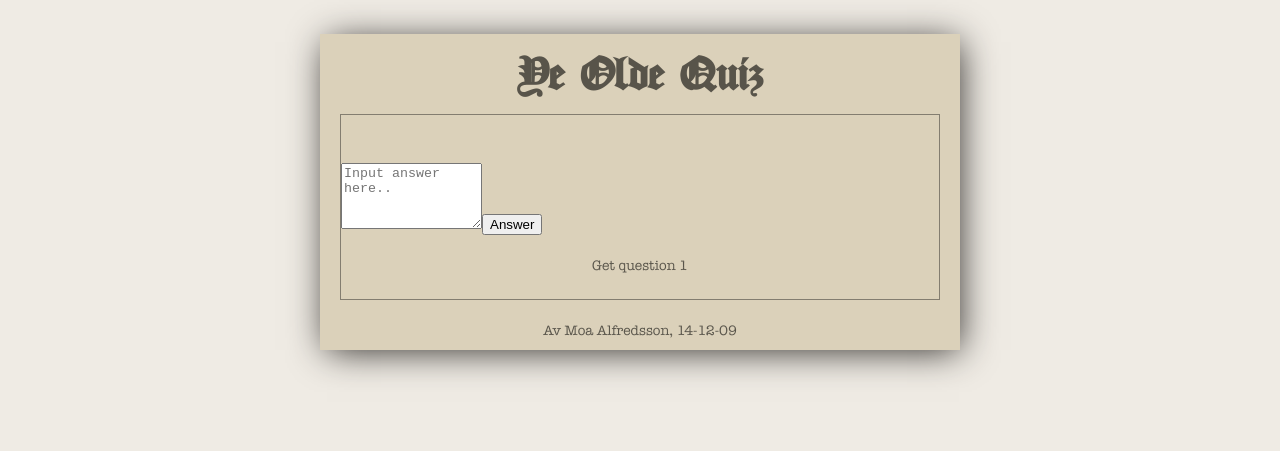
Repository: ma223md/1dv403-laborationer
Page: 4-thequiz/index.html
The author's editor kept a record of every edit. The page is drawn from the files as they stood at one moment, then again after the next edit.
The browser window is 1280 px wide. The pictures show the whole page.
After loading, the first visible `#startButton` was clicked once.
The page's requests for data from a server got no answer.

Above is the page before.

### 4-thequiz/index.html
<!DOCTYPE html>
<html>
    <head>
        <meta charset="UTF-8" />
        <link rel="stylesheet" href="css/quizstyle.css" />
        <script src="js/quiz.js"></script>
        <title>Ye Olde Quiz</title>
    </head>

    <body>
        <div id="container">
            <header>
                <h1>Ye Olde Quiz</h1>
            </header>
            <main>
                <div id="quizarea"></div>
                <p>Get question 1</p>
            </main>
            <footer>
                <p>Av Moa Alfredsson, 14-12-09</p>
            </footer>
        </div>
    </body>
</html>

### 4-thequiz/css/quizstyle.css
@font-face {
    font-family: headline;
    src: url(../fonts/OldLondon.ttf);
}

@font-face {
    font-family: article;
    src: url(../fonts/linowrite.ttf);
}

body
{
    background-color: #efebe4;
}

header h1 {
    text-align: center;
    padding-top: 15px;
    color: #58544A;
    font-family: headline;
    font-size: 50px;
}

#container {
    display: block;
    margin-left: auto;
    margin-right: auto;
    width: 600px;
    background-color: #dbd1ba;
    padding-left: 20px;
    padding-right: 20px;
    -webkit-box-shadow: 3px 4px 35px -4px rgba(38,35,32,1);
    -moz-box-shadow: 3px 4px 35px -4px rgba(38,35,32,1);
    box-shadow: 3px 4px 35px -4px rgba(38,35,32,1);
}

main {
    border-style: solid;
    border-width: 1px;
    border-color: #837D70;
}

p {
    font-family: article;
    font-size: 14px;
    text-align: center;
    padding-top: 10px;
    padding-bottom: 10px;
    padding-left: 20px;
    padding-right: 20px;
    color: #58544A;
    word-wrap: break-word;
}

#startButton {
    display: block;
    margin-left: auto;
    margin-right: auto;
    margin-bottom: 20px;
    font-family: article;
    background-color: #E2DAC8;
}

footer {
    font-size: 12px;
}

### 4-thequiz/js/quiz.js
"use strict";

// create quiz
function Quiz(){
    //define variables
    var qArray = [],
    qCounter = 0,
    aCounter = 0,
    form,
    questionText,
    inputArea,
    inputButton;

    // get quizboard
    var quizBoard = document.getElementById("quizarea"),

    // create start page elements
    startButton = document.createElement("input"),
    welcomeText = document.createElement("p");

    //set attributes for new elements
    startButton.setAttribute("type", "button");
    startButton.setAttribute("id", "startButton");
    startButton.setAttribute("value", "Start Quiz");

    // render new elements
    quizBoard.appendChild(welcomeText);
    quizBoard.appendChild(startButton);
    welcomeText.innerHTML = "Welcome! This quiz will test your mind to it's utmost limits!";

    // get first question
    startButton.onclick = function(){
        newQuestion("http://vhost3.lnu.se:20080/question/1");
    };

    // get question
    function newQuestion(url){
        //define variables
        var xhr = new XMLHttpRequest(),
        qObject;

        // clean board
        var quizBoard = document.getElementById("quizarea");
        quizBoard.innerHTML = "";

        form = document.createElement("form"),
        questionText = document.createElement("p"),
        inputArea = document.createElement("textarea"),
        inputButton = document.createElement("input");

        // set id for form
        form.setAttribute("id", "form");

        // set attributes for textarea
        inputArea.setAttribute("cols", "15");
        inputArea.setAttribute("rows", "4");
        inputArea.setAttribute("placeholder", "Input answer here..");

        // set attributes for send button
        inputButton.setAttribute("type", "button");
        inputButton.setAttribute("value", "Answer");

        // append created elements
        quizBoard.appendChild(form);
        form.appendChild(questionText);
        form.appendChild(inputArea);
        form.appendChild(inputButton);

        xhr.onreadystatechange = function(){
        	if(xhr.readyState === 4 && xhr.status === 200){
        	    // get question and parse it
        	    qObject = JSON.parse(xhr.responseText);
                qArray.push(qObject);
                qCounter++;

                // print question
                questionText.innerHTML = "Question " + qCounter + ": " + qObject.question;
        	}
        };

    	xhr.open("GET", url, true);
        // skicka data med requesten, ange null om ingen data skall skickas
        xhr.send(null);

        // call answer function on click
        inputButton.onclick = function(){
            newAnswer(qObject.nextURL);
        };
    }

    // answer function goes here..
    function newAnswer(url){
        var xhrAnswer = new XMLHttpRequest(),
        aObject,
        answerMessage,
        form = document.getElementById("form");

        // create new elements
        answerMessage = document.createElement("p");
        form.appendChild(answerMessage);

        xhrAnswer.onreadystatechange = function() {
            if(xhrAnswer.readyState === 4){
                // get answer and parse
                aObject = JSON.parse(xhrAnswer.responseText);

                answerMessage.innerHTML = aObject.message;

                if (aObject.message === "Correct answer!"){
                    // render message
                    aCounter++;
                    answerMessage.innerHTML = aObject.message + " You made " + aCounter + " guesses!";

                    //call function with next url
                    aCounter = 0;
                    //newQuestion(aObject.nextURL);
                }

                else {
                    // add to answer counter
                    aCounter++;
                    answerMessage.innerHTML = "Incorrect, try again!";
                }
            }
        };
        // create answer object
        var sendAnswer = JSON.stringify({"answer": inputArea.value});
        // send answer
        xhrAnswer.open("POST", url, true);
        xhrAnswer.setRequestHeader('Content-Type', 'application/json');
        xhrAnswer.send(sendAnswer);
    }
}


window.onload = function(){
        new Quiz();
    };

After the next edit:
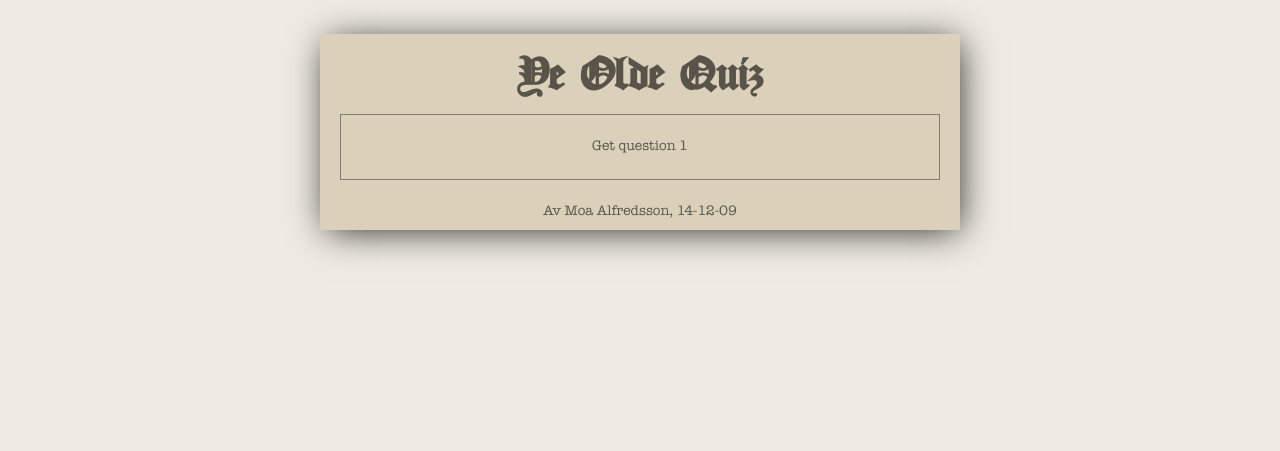
Console error: ReferenceError: answerMessage is not defined
The edit:
--- a/4-thequiz/js/quiz.js
+++ b/4-thequiz/js/quiz.js
@@ -47,6 +47,8 @@
         questionText = document.createElement("p"),
         inputArea = document.createElement("textarea"),
         inputButton = document.createElement("input");
+        answerMessage = document.createElement("p");
+        form.appendChild(answerMessage);
 
         // set id for form
         form.setAttribute("id", "form");

After the 2 edits that followed:
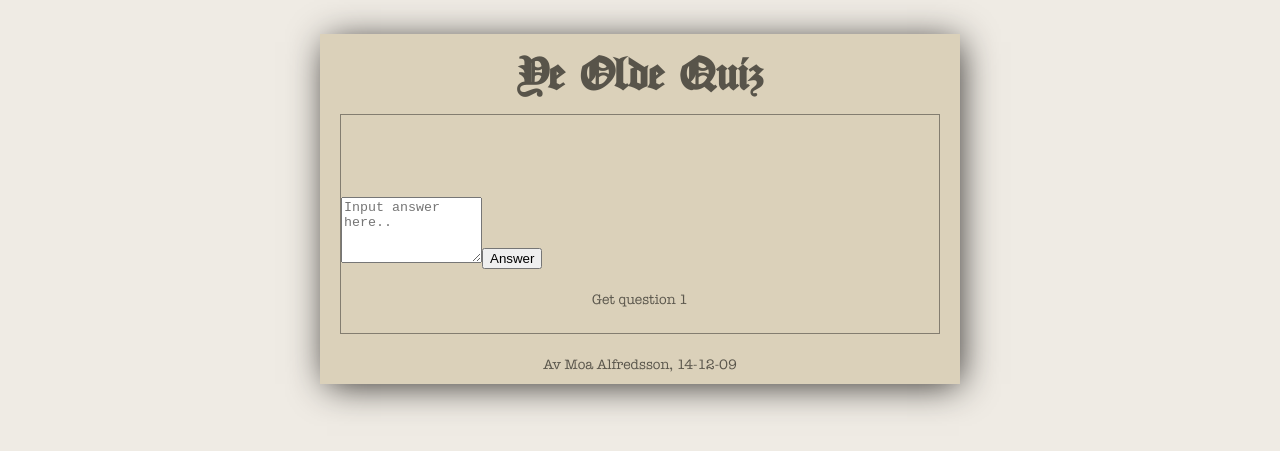
The error is gone.
The 2 edits are shown as one change because 1 left the picture as it was.
The edit:
--- a/4-thequiz/js/quiz.js
+++ b/4-thequiz/js/quiz.js
@@ -37,7 +37,8 @@
     function newQuestion(url){
         //define variables
         var xhr = new XMLHttpRequest(),
-        qObject;
+        qObject,
+        answerMessage;
 
         // clean board
         var quizBoard = document.getElementById("quizarea");
@@ -94,7 +95,6 @@
     function newAnswer(url){
         var xhrAnswer = new XMLHttpRequest(),
         aObject,
-        answerMessage,
         form = document.getElementById("form");
 
         // create new elements
